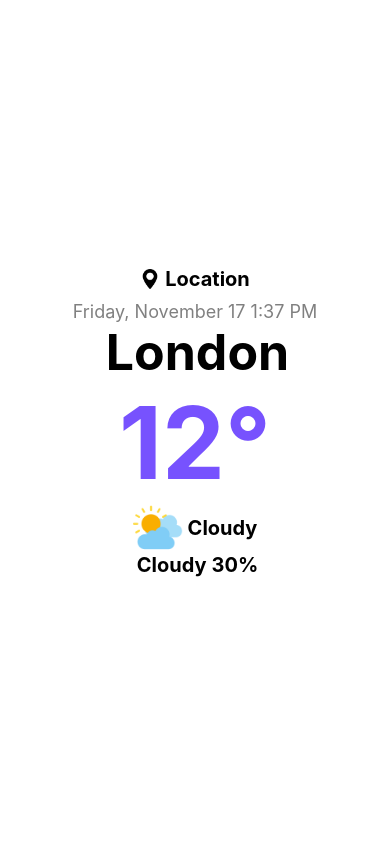
Repository: praveen080/react-native-weatherAppV1
Screen: /
An editor plug-in stored every save of this project. The screen is shown before and after the next save, followed by the edit.
The app was drawn by React Native's web renderer in a window 390 px wide. The project was rebuilt for these pictures with package versions that can differ from the ones it lists, and the page was loaded fresh each time. Also part of the build but not shown: Screens/startUp.js.

Above is the screen before, as saved 2023-11-17 13:47:01.

### App.js
import { StatusBar } from "expo-status-bar";
import { StyleSheet, Text, View } from "react-native";
import StartPage from "./Screens/startUp";
import Home from "./Screens/Home";

export default function App() {
  return (
    <View style={styles.container}>
      {/* <StartPage /> */}
      <Home />
    </View>
  );
}

const styles = StyleSheet.create({
  container: {
    flex: 1,
    backgroundColor: "#ff f",
    alignItems: "center",
    justifyContent: "center",
  },
});

### Screens/Home.js
import React from "react";
import { View, Text, Image, TouchableOpacity, StyleSheet } from "react-native";

const Home = () => {
  const currentDate = new Date();

  // Format the date and time
  const formattedDate = currentDate.toLocaleDateString("en-US", {
    weekday: "long",
    day: "numeric",
    month: "long",
  });

  const formattedTime = currentDate.toLocaleTimeString("en-US", {
    hour: "numeric",
    minute: "numeric",
    hour12: true,
  });
  return (
    <View style={styles.container}>
      {/* Location Text with Icon */}
      <TouchableOpacity style={styles.locationContainer}>
        <Image source={require("./assets/location.png")} style={styles.icon} />
        <Text style={styles.locationText}>Location</Text>
      </TouchableOpacity>

      {/* Current Time and Date */}
      <Text style={styles.dateTimeText}>
        {formattedDate} {formattedTime}
      </Text>
      <Text style={styles.location}>London</Text>

      {/* Numbers */}
      <View style={styles.numbersContainer}>
        <Text style={styles.number}>12°</Text>
      </View>

      <View style={styles.locationContainer}>
        <Image
          source={require("./assets/cloudy-day.png")}
          style={styles.iconS}
        />
        <Text style={styles.locationText}>Cloudy</Text>
      </View>

      <View style={styles.locationContainer}>
        <Text style={styles.locationText}>Cloudy</Text>
        <Text style={styles.locationText}>30%</Text>
      </View>
    </View>
  );
};

export default Home;

export const styles = StyleSheet.create({
  container: {
    flex: 1,
    alignItems: "center",
    justifyContent: "center",
  },
  locationContainer: {
    flexDirection: "row",
    alignItems: "center",
  },
  locationText: {
    fontSize: 20,
    marginLeft: 5,
    fontWeight: "bold",
  },
  location: {
    fontSize: 50,
    marginLeft: 5,
    fontWeight: "bold",
  },
  icon: {
    width: 20,
    height: 20,
  },
  iconS: {
    width: 50,
    height: 50,
  },
  dateTimeText: {
    fontSize: 18,
    marginTop: 10,
    color: "grey",
  },
  numbersContainer: {
    flexDirection: "row",
    alignItems: "center",
    // marginTop: 20,
  },
  number: {
    fontSize: 100,
    // marginRight: 10,
    fontWeight: "bold",
    color: "#7752FE",
  },
  logo: {
    width: 100,
    height: 100,
    marginTop: 20,
  },
  card: {
    width: 350,
    height: 100,
    borderRadius: 10,
    backgroundColor: "lightblue",
    marginTop: 20,
  },
});

// // Weather.js

// import React, { useState } from "react";
// import { View, Text, TextInput, Button, StyleSheet } from "react-native";
// import axios from "axios";

// const Home = () => {
//   const [city, setCity] = useState("");
//   const [weatherData, setWeatherData] = useState(null);
//   const [error, setError] = useState("");

//   const apiKey = "2891236865fb81dd11cf0be56216e1cb";

//   const fetchWeatherData = async () => {
//     try {
//       const response = await axios.get(
//         `https://api.openweathermap.org/data/2.5/weather?q=${city}&appid=${apiKey}&units=metric`
//       );
//       setWeatherData(response.data);
//       setError("");
//     } catch (error) {
//       setWeatherData(null);
//       setError("City not found. Please try again.");
//     }
//   };

//   return (
//     <View style={styles.container}>
//       <Text style={styles.title}>Weather App</Text>
//       <TextInput
//         style={styles.input}
//         placeholder="Enter city"
//         value={city}
//         onChangeText={(text) => setCity(text)}
//       />
//       <Button title="Get Weather" onPress={fetchWeatherData} />
//       {weatherData && (
//         <View>
//           <Text>{`City: ${weatherData.name}`}</Text>
//           <Text>{`Temperature: ${weatherData.main.temp}°C`}</Text>
//           {/* Add more weather details as needed */}
//         </View>
//       )}
//       {error !== "" && <Text style={styles.error}>{error}</Text>}
//     </View>
//   );
// };

// const styles = StyleSheet.create({
//   container: {
//     flex: 1,
//     justifyContent: "center",
//     alignItems: "center",
//   },
//   title: {
//     fontSize: 20,
//     fontWeight: "bold",
//     marginBottom: 10,
//   },
//   input: {
//     height: 40,
//     borderColor: "gray",
//     borderWidth: 1,
//     marginBottom: 10,
//     padding: 10,
//     width: 200,
//   },
//   error: {
//     color: "red",
//     marginTop: 10,
//   },
// });

// export default Home;

After the next save:
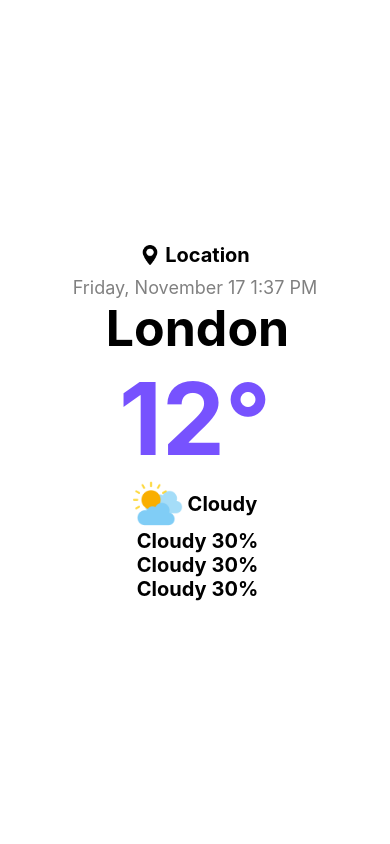
Saved 6 s later.
--- a/Screens/Home.js
+++ b/Screens/Home.js
@@ -43,6 +43,14 @@ const Home = () => {
         <Text style={styles.locationText}>Cloudy</Text>
       </View>
 
+      <View style={styles.locationContainer}>
+        <Text style={styles.locationText}>Cloudy</Text>
+        <Text style={styles.locationText}>30%</Text>
+      </View>
+      <View style={styles.locationContainer}>
+        <Text style={styles.locationText}>Cloudy</Text>
+        <Text style={styles.locationText}>30%</Text>
+      </View>
       <View style={styles.locationContainer}>
         <Text style={styles.locationText}>Cloudy</Text>
         <Text style={styles.locationText}>30%</Text>
